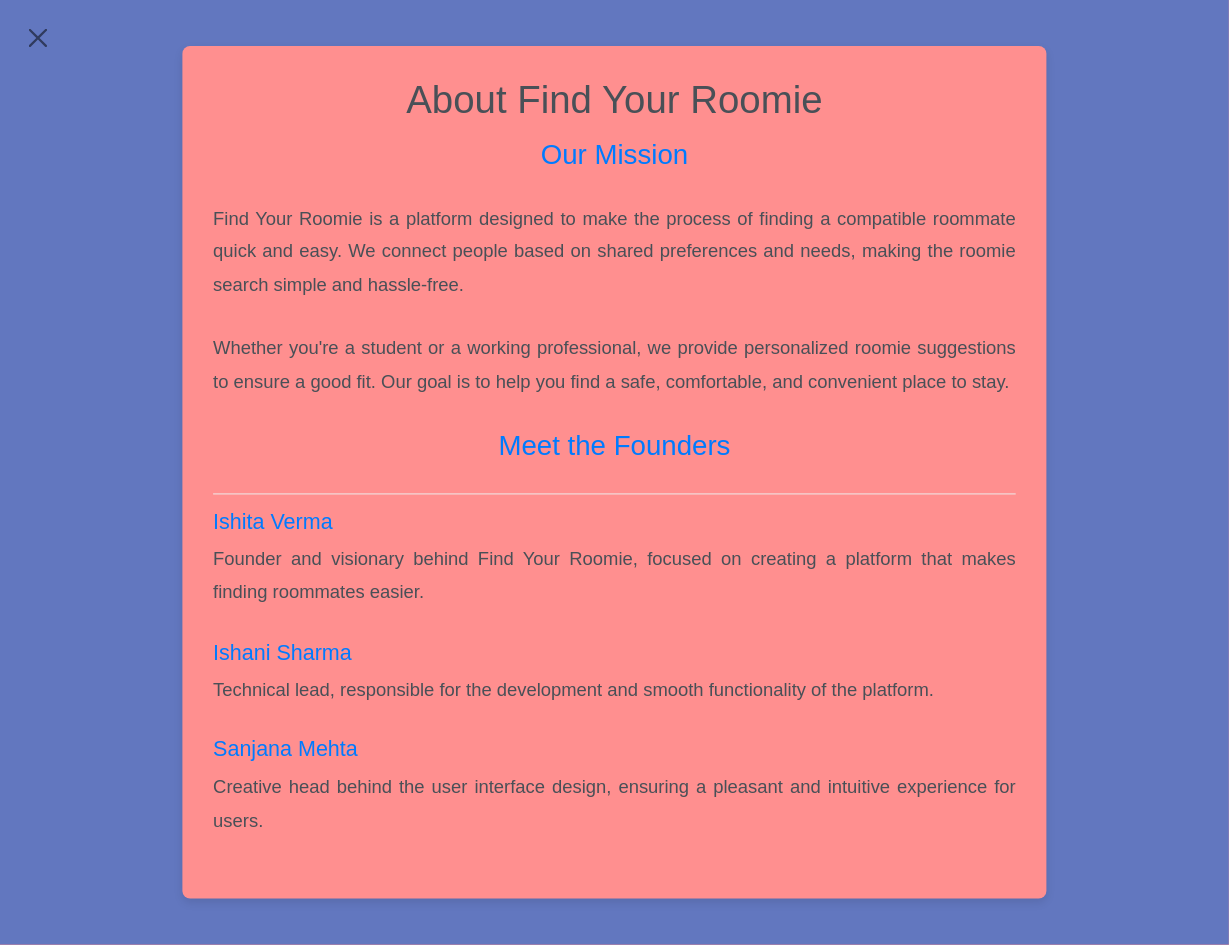
Repository: Sanjana-Inapakolla/Find-your-Roomie-website
Page: http://localhost/MiniProject/About.jsp
An editor plug-in stored every save of this project. The page is shown before and after the next save, followed by the edit.
The browser window is 1280 px wide. The pictures show the whole page, at 96% of full size.
The page is served by Tomcat 10. Other server files are loaded and not shown.

Above is the page before, as saved 2024-11-13 09:11:36.

### mini-project(jfst)/MiniProject/src/main/webapp/About.jsp
<%@ page language="java" contentType="text/html; charset=ISO-8859-1"
    pageEncoding="ISO-8859-1"%>
<!DOCTYPE html>
<html lang="en">
<head>
    <meta charset="ISO-8859-1">
    <title>About Us - Find Your Roomie</title>
    <link href="https://cdn.jsdelivr.net/npm/bootstrap@5.3.3/dist/css/bootstrap.min.css" rel="stylesheet" integrity="sha384-QWTKZyjpPEjISv5WaRU9OFeRpok6YctnYmDr5pNlyT2bRjXh0JMhjY6hW+ALEwIH" crossorigin="anonymous">
    <style>
        /* General Body Styling */
        body {
            font-family: 'Arial', sans-serif;
            background-color: #6277bf;
            margin: 0;
            padding: 0;
        }

        /* Container for the About Section */
        .about-container {
            width: 80%;
            max-width: 900px;
            margin: 3rem auto;
            background-color:#ff8f8f;
            border-radius: 8px;
            box-shadow: 0 4px 10px rgba(0, 0, 0, 0.1);
            padding: 2rem;
        }

        /* Title Styling */
        .about-container h1 {
            font-size: 2.5rem;
            color: #495057;
            text-align: center;
            margin-bottom: 1rem;
        }

        /* Subheading Styling */
        .about-container h2 {
            font-size: 1.8rem;
            color: #007bff;
            text-align: center;
            margin-bottom: 2rem;
        }


        .about-container p {
            font-size: 1.2rem;
            line-height: 1.8;
            color: #495057;
            text-align: justify;
            margin-bottom: 2rem;
        }

        /* Founders Section Styling */
        .founders-section {
            margin-top: 2rem;
            padding-top: 1rem;
            border-top: 1px solid #eee;
        }

        .founder {
            font-size: 1.1rem;
            color: #495057;
            margin-bottom: 1rem;
        }

        .founder h3 {
            font-size: 1.4rem;
            color: #007bff;
            margin-bottom: 0.5rem;
        }

        /* Responsive Layout for Smaller Screens */
        @media screen and (max-width: 768px) {
            .about-container {
                width: 90%;
            }
        }
         .btn-close {
    position: absolute;
    top: 20px;
    left: 20px;
    width: 30px;
    height: 30px;
    font-size: 1.2rem;
  }

    </style>
</head>
<body>
<button type="button" class="btn-close" aria-label="Close" onclick="window.location.href='home.html';"></button>
    <div class="about-container">
        <h1>About Find Your Roomie</h1>

        <h2>Our Mission</h2>
        <p>
            Find Your Roomie is a platform designed to make the process of finding a compatible roommate quick and easy.
            We connect people based on shared preferences and needs, making the roomie search simple and hassle-free.
        </p>

        <p>
            Whether you're a student or a working professional, we provide personalized roomie suggestions to ensure a good fit.
            Our goal is to help you find a safe, comfortable, and convenient place to stay.
        </p>

        <h2>Meet the Founders</h2>
        <div class="founders-section">
            <div class="founder">
                <h3>Ishita Verma</h3>
                <p>Founder and visionary behind Find Your Roomie, focused on creating a platform that makes finding roommates easier.</p>
            </div>
            <div class="founder">
                <h3>Ishani Sharma</h3>
                <p>Technical lead, responsible for the development and smooth functionality of the platform.</p>
            </div>
            <div class="founder">
                <h3>Sanjana Mehta</h3>
                <p>Creative head behind the user interface design, ensuring a pleasant and intuitive experience for users.</p>
            </div>
        </div>
    </div>
<script src="https://cdn.jsdelivr.net/npm/bootstrap@5.3.3/dist/js/bootstrap.bundle.min.js" integrity="sha384-YvpcrYf0tY3lHB60NNkmXc5s9fDVZLESaAA55NDzOxhy9GkcIdslK1eN7N6jIeHz" crossorigin="anonymous"></script>
</body>
</html>

After the next save:
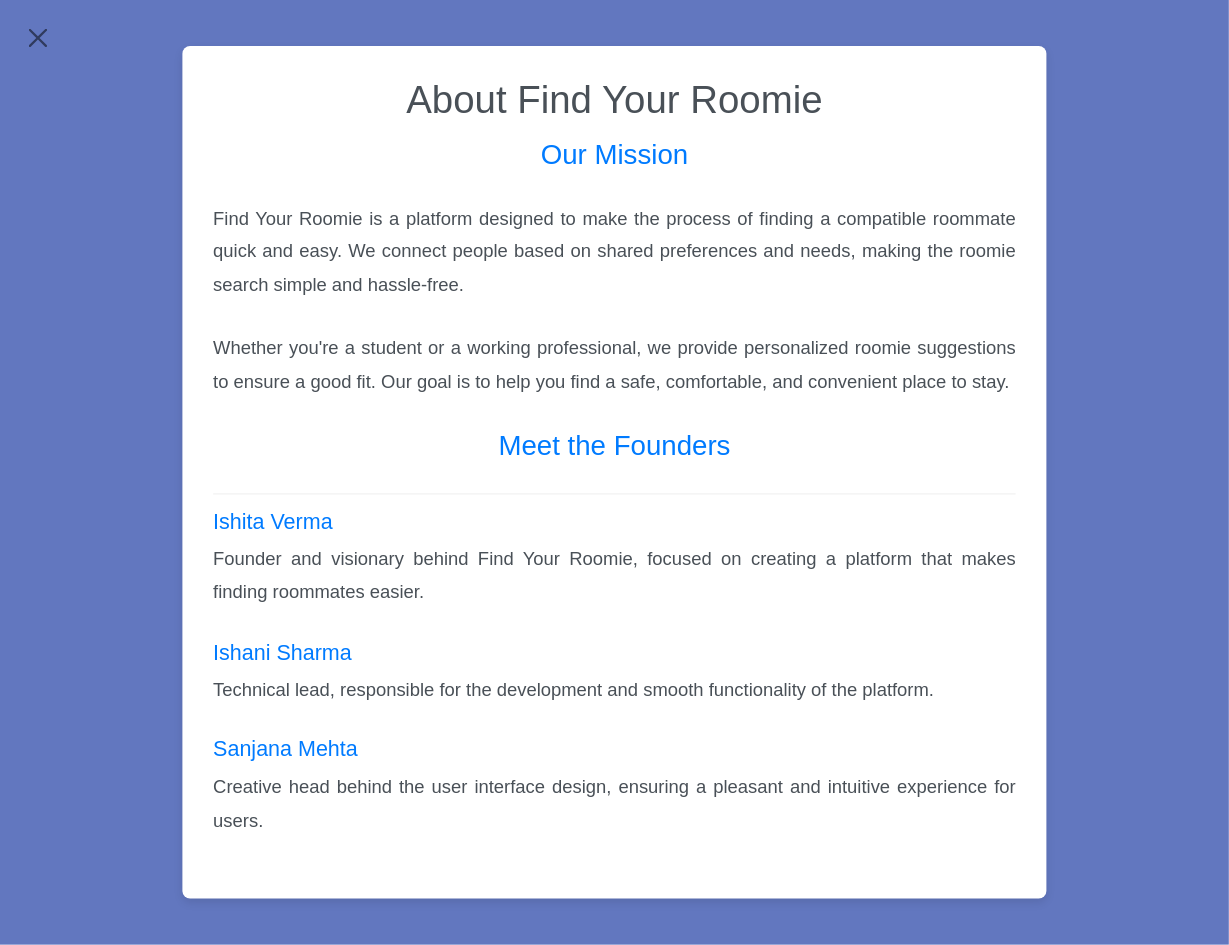
Saved 46 s later.
--- a/mini-project(jfst)/MiniProject/src/main/webapp/About.jsp
+++ b/mini-project(jfst)/MiniProject/src/main/webapp/About.jsp
@@ -20,7 +20,7 @@
             width: 80%;
             max-width: 900px;
             margin: 3rem auto;
-            background-color:#ff8f8f;
+            background-color:#ffffff;
             border-radius: 8px;
             box-shadow: 0 4px 10px rgba(0, 0, 0, 0.1);
             padding: 2rem;
